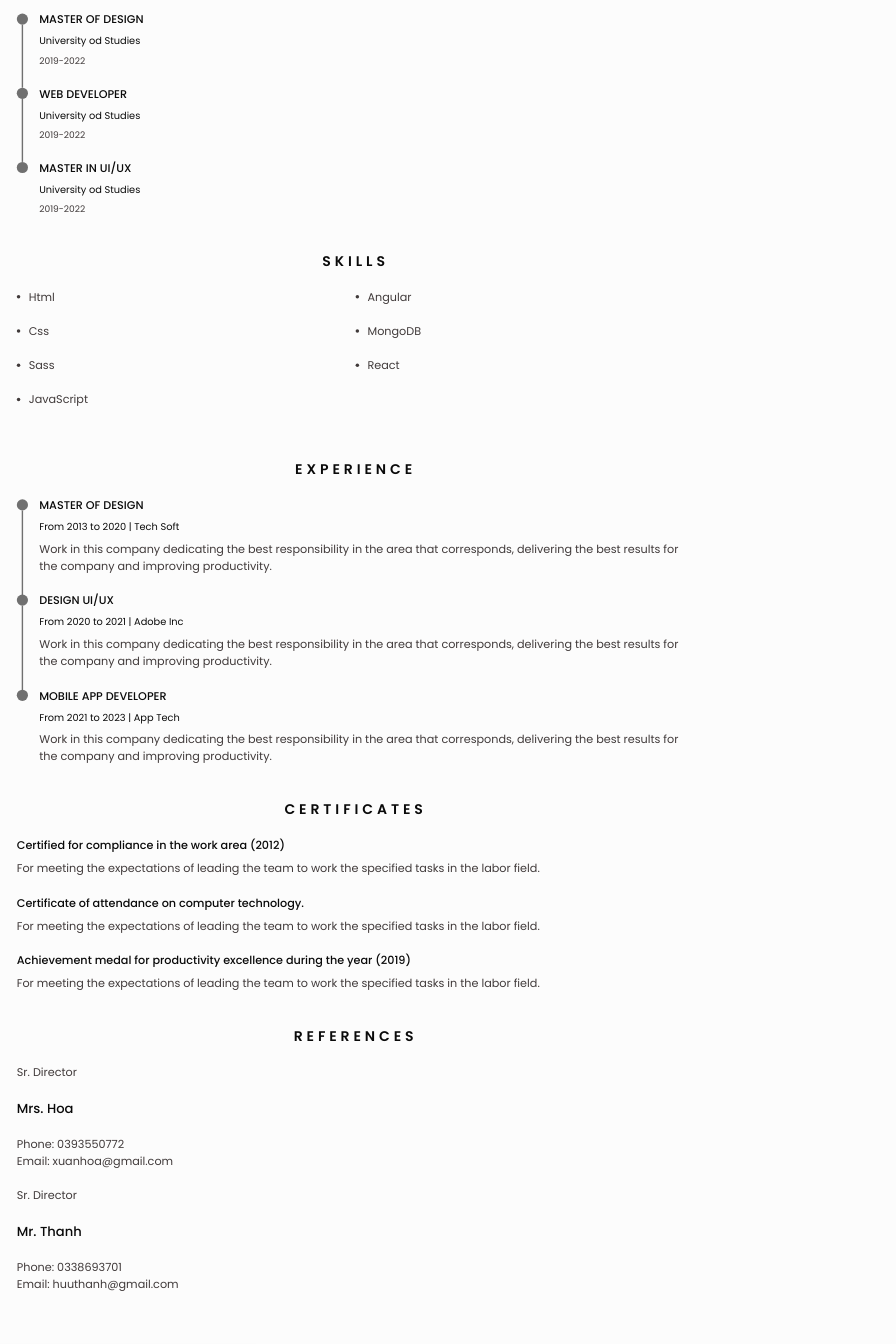
Repository: northpx/myCV
Page: index.html
These files come from the project's save history. The page is drawn as it stood at one moment and after the next save; the edit follows.
The browser window is 1280 px wide. The pictures show the part of the page from y = 905 to 2825 px (the page is 2825 px tall before and 2745 px after), at 70% of full size.

Above is the page before, as saved 2023-02-23 13:00:47.

### index.html
<!DOCTYPE html>
<html lang="en">
<head>
    <meta charset="UTF-8">
    <meta http-equiv="X-UA-Compatible" content="IE=edge">
    <meta name="viewport" content="width=device-width, initial-scale=1.0">
    <link rel="stylesheet" href="./src/css/styles.css">
    <link rel="stylesheet" href="https://cdn.jsdelivr.net/npm/boxicons@latest/css/boxicons.min.css">
    <title>Pham Xuan Bac</title>
</head>
<body>
    <header class="l-header" id="header">
        <nav class="nav bd-container">
            <a href="#" class="nav__logo">Bac</a>
            <div class="nav__menu" id="nav-menu">
                <ul class="nav__list">
                    <li class="nav__item">
                        <a href="#home" class="nav__link active-link">
                            <i class='bx bx-home nav__icon' ></i>HOME
                        </a>
                    </li>
                    <li class="nav__item">
                        <a href="#profile" class="nav__link">
                            <i class='bx bx-user nav__icon' ></i>USER
                        </a>
                    </li>
                    <li class="nav__item">
                        <a href="#education" class="nav__link">
                            <i class='bx bx-book nav__icon' ></i>EDUCATION
                        </a>
                    </li>
                    <li class="nav__item">
                        <a href="#skills" class="nav__link">
                            <i class='bx bx-receipt nav__icon' ></i>SKILLS
                        </a>
                    </li>
                    <li class="nav__item">
                        <a href="#experience" class="nav__link">
                            <i class='bx bx-briefcase-alt nav__icon' ></i>EXPERIENCE
                        </a>
                    </li>
                    <li class="nav__item">
                        <a href="#certificates" class="nav__link">
                            <i class='bx bx-award nav__icon' ></i>CERTIFICATES
                        </a>
                    </li>

                    <li class="nav__item">
                        <a href="#references" class="nav__link">
                            <i class='bx bx-link-external nav__icon' ></i>REFERENCES
                        </a>
                    </li>
                </ul>
            </div>

            <div class="nav__toogle" id="nav-toggle">
                <i class="bx bx-grid-alt"></i>
            </div>
        </nav>
    </header>
    <main class="l-main bd-container">
        <div class="resume">
            <div class="resume__left">
                <section class="home" id="home">
                    <div class="home__container section bd-grid">
                        <div class="home__data bd-grid">
                            <img src="./src/img/z3668101589347_355da8c054c5f58beb49364ce3f9e5b5.jpg" alt="" class="home__img">
                            <h1 class="home__title">PHAM XUAN <b>BAC</b></h1>
                            <h3 class="home__profession">Internship Web Developer</h3>
                            <div>
                                <a download="" href="./src/pdf/resumecv.pdf" class="home__button-movil">Dowload</a>
                            </div>
                        </div>
                        <div class="home__address bd-grid">
                            <span class="home__information">
                                <i class="bx bx-map home__icon"></i> Liên Chiểu - Đà Nẵng
                            </span>
                            <span class="home__information">
                                <i class="bx bx-envelope home__icon"></i> phxbac1701@gmail.com
                            </span>
                            <span class="home__information">
                                <i class="bx bx-phone home__icon"></i> 0386932426
                            </span>
                        </div>
                    </div>
                </section>

                <section class="social section">
                    <h2 class="section-title">SOCIAL</h2>
                    <div class="social__container bd-grid">
                        <a href="https://www.linkedin.com/" target="_blank" class="social_link">
                            <i class="bx bxl-linkedin-square social__icon"></i> @bacpham
                        </a>
                        <a href="https://www.facebook.com/north.px.13/" target="_blank" class="social_link">
                            <i class="bx bxl-facebook social__icon"></i> @bacpham
                        </a>
                        <a href="https://www.instagram.com/_north.px_/" target="_blank" class="social_link">
                            <i class="bx bxl-instagram social__icon"></i> @bacpham
                        </a>
                    </div>
                </section>

                <section class="profile section" id="profile">
                    <h2 class="section-title">Profile</h2>
                    <p class="profile__description">
                        I am a person, responsible with their work during working hours. Finish various technical and higher studies at large universities. I have several years of experience and achievements in the labor field.
                    </p>
                </section>

                <section class="education section" id="education">
                    <h2 class="section-title">Education</h2>
                    <div class="education__container bd-grid">
                        <div class="education__content">
                            <div class="education__time">
                                <span class="education__rounder"></span>
                                <span class="education__line"></span>
                            </div>
                            <div class="education__data bd-grid">
                                <h3 class="education__title">MASTER OF DESIGN</h3>
                                <span class="education__studies">University od Studies</span>
                                <span class="education__year">2019-2022</span>
                            </div>
                        </div>

                        <div class="education__content">
                            <div class="education__time">
                                <span class="education__rounder"></span>
                                <span class="education__line"></span>
                            </div>
                            <div class="education__data bd-grid">
                                <h3 class="education__title">WEB DEVELOPER</h3>
                                <span class="education__studies">University od Studies</span>
                                <span class="education__year">2019-2022</span>
                            </div>
                        </div>

                        <div class="education__content">
                            <div class="education__time">
                                <span class="education__rounder"></span>
                                <!-- <span class="education__line"></span> -->
                            </div>
                            <div class="education__data bd-grid">
                                <h3 class="education__title">MASTER IN UI/UX</h3>
                                <span class="education__studies">University od Studies</span>
                                <span class="education__year">2019-2022</span>
                            </div>
                        </div>
                    </div>
                </section>

                <section class="skills section" id="skills">
                    <h2 class="section-title">Skills</h2>
                    <div class="skills__content bd-grid">
                        <ul class="skills__data">
                            <li class="skills__name">
                                <span class="skills__circle"></span> Html
                            </li>
                            <li class="skills__name">
                                <span class="skills__circle"></span> Css
                            </li>
                            <li class="skills__name">
                                <span class="skills__circle"></span> Sass
                            </li>
                            <li class="skills__name">
                                <span class="skills__circle"></span> JavaScript
                            </li>
                        </ul>

                        <ul class="skills__data">
                            <li class="skills__name">
                                <span class="skills__circle"></span> Angular
                            </li>
                            <li class="skills__name">
                                <span class="skills__circle"></span> MongoDB
                            </li>
                            <li class="skills__name">
                                <span class="skills__circle"></span> React
                            </li>
                        </ul>
                    </div>
                </section>
            </div>

            <div class="resume__right">
                <section class="experience section" id="experience">
                    <h2 class="section-title">Experience</h2>
                    <div class="experience__container bd-grid">
                        <div class="experience__content">
                            <div class="experience__time">
                                <span class="experience__rounder"></span>
                                <span class="experience__line"></span>
                            </div>
                            <div class="experience__data bd-grid">
                                <h3 class="experience__title">MASTER OF DESIGN</h3>
                                <span class="experience__company">From 2013 to 2020 | Tech Soft</span>
                                <p class="experience__description">Work in this company dedicating the best responsibility in the area that corresponds, delivering the best results for the company and improving productivity.</p>
                            </div>
                        </div>
                        <div class="experience__content">
                            <div class="experience__time">
                                <span class="experience__rounder"></span>
                                <span class="experience__line"></span>
                            </div>
                            <div class="experience__data bd-grid">
                                <h3 class="experience__title">DESIGN UI/UX</h3>
                                <span class="experience__company">From 2020 to 2021 | Adobe Inc</span>
                                <p class="experience__description">Work in this company dedicating the best responsibility in the area that corresponds, delivering the best results for the company and improving productivity.</p>
                            </div>
                        </div>
                        <div class="experience__content">
                            <div class="experience__time">
                                <span class="experience__rounder"></span>
                            </div>
                            <div class="experience__data bd-grid">
                                <h3 class="experience__title">MOBILE APP DEVELOPER</h3>
                                <span class="experience__company">From 2021 to 2023 | App Tech</span>
                                <p class="experience__description">Work in this company dedicating the best responsibility in the area that corresponds, delivering the best results for the company and improving productivity.</p>
                            </div>
                        </div>
                    </div>
                </section>

                <section class="certificate section" id="certificate">
                    <h2 class="section-title">Certificates</h2>
                    <div class="certificate__container bd-grid">
                        <div class="certificate__content">
                            <h3 class="certificate__title">Certified for compliance in the work area (2012)</h3>
                            <p class="certificate__description">For meeting the expectations of leading the team to work the specified tasks in the labor field.</p>
                        </div>

                        <div class="certificate__content">
                            <h3 class="certificate__title">Certificate of attendance on computer technology.</h3>
                            <p class="certificate__description">For meeting the expectations of leading the team to work the specified tasks in the labor field.</p>
                        </div>

                        <div class="certificate__content">
                            <h3 class="certificate__title">Achievement medal for productivity excellence during the year (2019)</h3>
                            <p class="certificate__description">For meeting the expectations of leading the team to work the specified tasks in the labor field.</p>
                        </div>
                    </div>
                </section>

                <section class="references section" id="references">
                    <h2 class="section-title">References</h2>
                    <div class="references__container bd-grid">
                        <div class="references__content bd-grid">
                            <span class="references__subtitle">Sr. Director</span>
                            <h3 class="references__title">Mrs. Hoa</h3>
                            <ul class="references__contact">
                                <li>Phone: 0393550772</li>
                                <li>Email: xuanhoa@gmail.com</li>
                            </ul>
                        </div>

                        <div class="references__content bd-grid">
                            <span class="references__subtitle">Sr. Director</span>
                            <h3 class="references__title">Mr. Thanh</h3>
                            <ul class="references__contact">
                                <li>Phone: 0338693701</li>
                                <li>Email: huuthanh@gmail.com</li>
                            </ul>
                        </div>
                    </div>
                </section>
            </div>
        </div>
    </main>
    <script src=""></script>
    <script src="./src/js/scripts.js"></script>
</body>
</html>

### src/css/styles.css
@import url('https://fonts.googleapis.com/css2?family=Poppins:ital,wght@0,400;0,500;0,600;1,400;1,500;1,600&family=Roboto:ital,wght@0,100;0,300;0,400;0,500;0,700;0,900;1,100;1,300;1,400;1,500;1,700;1,900&display=swap');

:root{
    --header-height:3rem;
    --title-color:#0a0a0a;
    --text-color:#403a3a;
    --text-color-light:#707070;
    --container-color:#fafafa;
    --container-color-alt:#f0efef;
    --body-color:#fcfcfc;

    --body-font:'Poppins', sans-serif;
    --h1-font-size:1.5rem;
    --h2-font-size:1.25rem;
    --h3-font-size:1rem;
    --normal-font-size:.938rem;
    --small-font-size:.875rem;
    --smaller-font-size:.813rem;

    --font-medium:500;
    --font-semi-bold:600;

    --mb-1:.5rem;
    --mb-2:1rem;
    --mb-3:1.5rem;

    --z-tooltip:10;
    --z-fixed:100;
}

*, ::before, ::after{
    box-sizing: border-boxz;
}

html{
    scroll-behavior: smooth;
}

body{
    margin: 0 0 var(--header-height) 0;
    padding: 0;
    font-family: var(--body-font);
    background-color: var(--body-color);
    color: var(--text-color);
}

h1,h2,h3,ul,p{
    margin: 0;
}

h1,h2,h3{
    color: var(--title-color);
    font-weight: var(--font-medium);
}
ul{
    padding: 0;
    list-style: none;
}

a{
    text-decoration: none;
}
img{
    max-width: 100%;
    height: auto;
}

.section{
    padding: 1.5rem 0;
}

.section-title{
    font-size: var(--h2-font-size);
    color: var(--title-color);
    font-weight: var(--font-semi-bold);
    text-transform: uppercase;
    letter-spacing: .35rem;
    text-align: center;
    margin-bottom: var(--mb-3);
}

.bd-container{
    max-width: 968px;
    width: calc(100% - 3rem);
    margin-left: var(--mb-3);
    margin-right: var(--mb-3);
}

.bd-grid{
    display: grid;
    gap: 1.5rem;
}

.l-header{
    width: 100%;
    position: fixed;
    bottom: 0;
    left: 0;
    z-index: var(--z-fixed);
    background-color: var(--body-color);
    box-shadow: 0 -1px 4px rgba(0, 0, 0, .1);
    transition: .3s;
}

.nav{
    height: var(--header-height);
    display: flex;
    justify-content: space-between;
    align-items: center;
}

@media screen and (max-width: 968px){
    .nav__menu{
        position: fixed;
        bottom: -100%;
        left: 0;
        width: 100%;
        padding: 2rem 0;
        background-color: var(--body-color);
        box-shadow: 0 1px 4px rgba(0, 0, 0, .1);
        border-radius: 1rem 1rem 0 0;
        z-index: var(--z-fixed);
        transition: .3s;
    }
}

.nav__logo,
.nav__toggle{
    color: var(--title-color);
    font-weight: var(--font-medium);
}

.nav__toggle{
    font-size: 1.2rem;
    cursor: pointer;
}

.nav__item{
    text-align: center;
}

.nav__list{
    display: grid;
    grid-template-columns: repeat(3, 1fr);
    gap: 2rem;
}

.nav__link{
    display: flex;
    flex-direction: column;
    font-size: var(--smaller-font-size);
    color: var(--text-color-light);
    font-weight: var(--font-medium);
}

.nav__link:hover{
    color: var(--title-color);
}

.nav__icon{
    font-size: 1.2rem;
    margin-bottom: var(--mb-1);
}

.show-menu{
    bottom: var(--header-height);
}

.active-link{
    color: var(--title-color);
}

.home{
    position: relative;

}

.home__container{
    gap: 3rem;
}

.home__data{
    gap: .5rem;
    text-align: center;
}

.home__img{
    width: 120px;
    height: 120px;
    border-radius: 50%;
    justify-self: center;
    margin-bottom: var(--mb-1);
}

.home__title{
    font-size: var(--h1-font-size);
}

.home__profession{
    font-size: var(--normal-font-size);
    margin-bottom: var(--mb-1);
}

.home__address{
    gap: 1rem;
}

.home__information{
    display: flex;
    align-items: center;
    font-size: var(--small-font-size);
}
.home__icon{
    font-size: 1.2rem;
    margin-right: .25rem;
}
.home__button-movil{
    display: inline-block;
    border: 2px solid var(--text-color);
    color: var(--title-color);
    padding: 1rem 2rem;
    border-radius: .25rem;
    transition: .3s;
    font-weight: var(--font-medium);
    margin-top: var(--mb-3);
}

.home__button-movil:hover{
    background-color: var(--text-color);
    color: var(--container-color);
}

.social__container{
    grid-template-columns: max-content;
    gap: 1rem;
}

.social_link{
    display: inline-flex;
    align-items: center;
    font-size: var(--small-font-size);
    color: var(--text-color);
}
.social_link:hover{
    color:  var(--title-color);
}
.social__icon{
    font-size: 1.2rem;
    margin-right: .25rem;
}

.profile__description{
    text-align: center;
}

.education__content,
.experience__content{
    display: flex;
}

.education__time,
.experience__time{
    padding-right: 1rem;
}

.education__rounder,
.experience__rounder{
    position: relative;
    display: block;
    width: 16px;
    height: 16px;
    background-color: var(--text-color-light);
    border-radius: 50%;
    margin-top: .25rem;
}

.education__line,
.experience__line{
    display: block;
    width: 2px;
    height: 110%;
    background-color: var(--text-color-light);
    transform: translate(7px, 0);
}

.education__data,
.experience__data{
    gap: .5rem;
}

.education__title,
.experience__title{
    font-size: var(--h3-font-size);
}
.education__studies,
.experience__company{
    font-size: var(--small-font-size);
    color: var(--title-color);
}
.education__year{
    font-size: var(--smaller-font-size);
}

.skills__content{
    grid-template-columns: repeat(2, 1fr);
    gap: 0;
}
.skills__name{
    display: flex;
    align-items: center;
    margin-bottom: var(--mb-3);
}
.skills__circle{
    display: inline-block;
    width: 5px;
    height: 5px;
    border-radius: 50%;
    background-color: var(--text-color);
    margin-right: .75rem;
}

.certificate__title{
    font-size: var(--h3-font-size);
    margin-bottom: var(--mb-1);
}

.references__content{

}

### src/js/scripts.js
const showMenu = (toggleId, navId) =>{
    const toggle = document.getElementById(toggleId),
    nav = document.getElementById(navId)

    // Validate that variables exist
    if(toggle && nav){
        toggle.addEventListener('click', ()=>{
            // We add the show-menu class to the div tag with the nav__menu class
            nav.classList.toggle('show-menu')
        })
    }
}
showMenu('nav-toggle','nav-menu')

const navLink = document.querySelectorAll('.nav__link')

function linkAction(){
    const navMenu = document.getElementById('nav-menu')
    // When we click on each nav__link, we remove the show-menu class
    navMenu.classList.remove('show-menu')
}
navLink.forEach(n => n.addEventListener('click', linkAction))

const sections = document.querySelectorAll('section[id]')

function scrollActive(){
    const scrollY = window.pageYOffset

    sections.forEach(current =>{
        const sectionHeight = current.offsetHeight
        const sectionTop = current.offsetTop - 50;
        sectionId = current.getAttribute('id')

        if(scrollY > sectionTop && scrollY <= sectionTop + sectionHeight){
            document.querySelector('.nav__menu a[href*=' + sectionId + ']').classList.add('active-link')
        }else{
            document.querySelector('.nav__menu a[href*=' + sectionId + ']').classList.remove('active-link')
        }
    })
}
window.addEventListener('scroll', scrollActive)

After the next save:
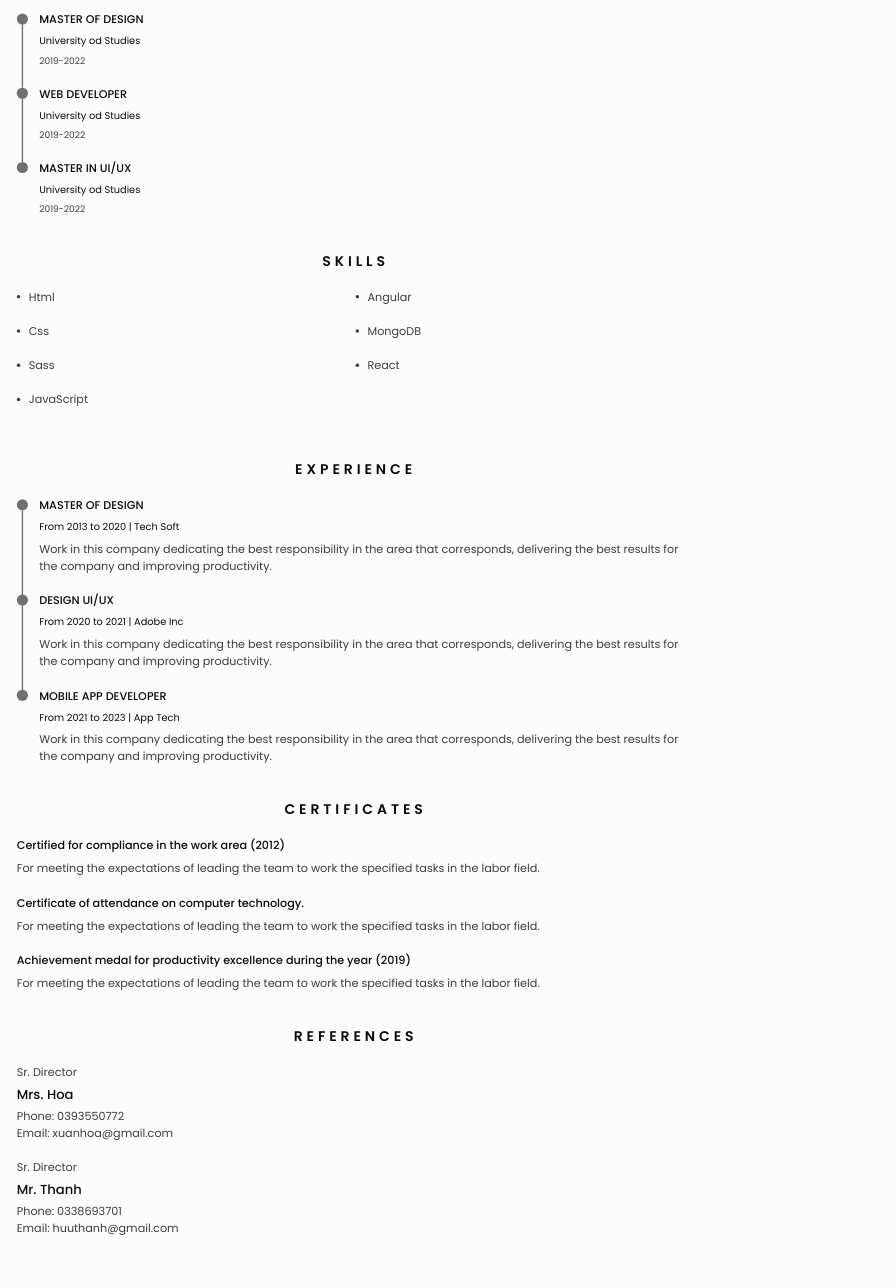
Saved 4 s later.
--- a/src/css/styles.css
+++ b/src/css/styles.css
@@ -325,5 +325,5 @@ img{
 }
 
 .references__content{
-
-}
+    gap: .25rem;
+}
